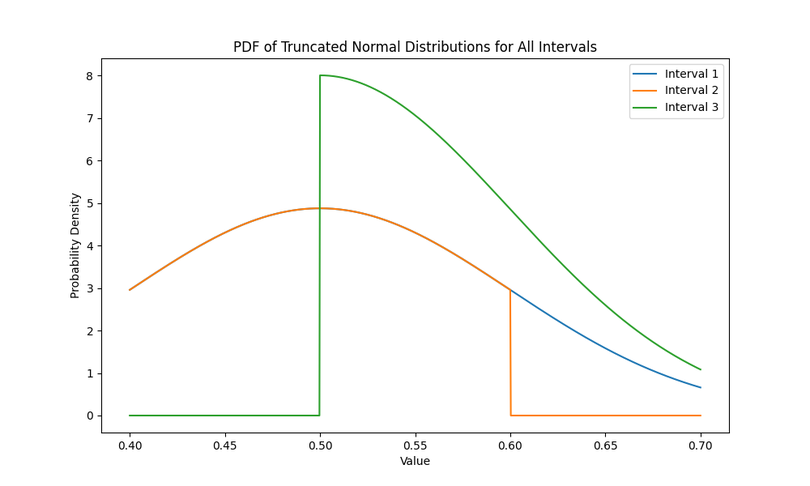
Repository: KrystofM/stealing-part-lm-supplementary-plaid
Script's output: python optimize_logit_queries/askers/some_one_over_n copy.py
These files come from the project's save history. The script's output is drawn as it stood at one moment and after the next save; the edit follows.
The pictures are shown at 81% of full size.
Each picture stacks the figures in order, with grey between them; figures that are only written to a file come last. Random numbers start from a fixed seed.

Above is the script's output before, as saved 2024-06-20 15:35:59.

After the next save:
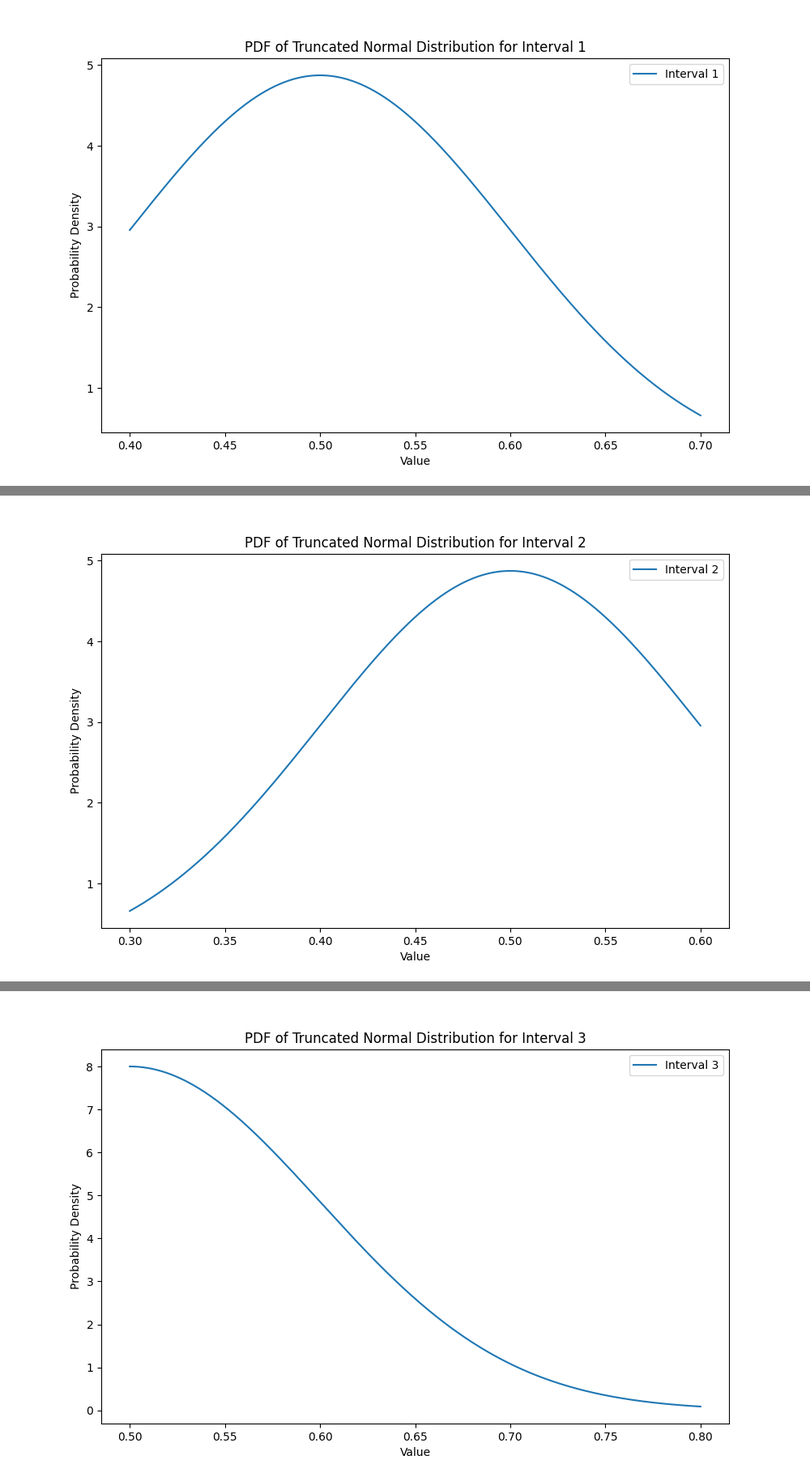
Saved 1 s later.
--- a/optimize_logit_queries/askers/some_one_over_n copy.py
+++ b/optimize_logit_queries/askers/some_one_over_n copy.py
@@ -119,15 +119,15 @@ print(max_probabilities)
 
 
 
-# plot the pdf of the truncated normal distribution for all intervals
+# plot the pdf of the truncated normal distribution for each interval in separate plots
 import matplotlib.pyplot as plt
-plt.figure(figsize=(10, 6))
-x = np.linspace(low[0], high[0], 1000)
 for i in range(n):
+    plt.figure(figsize=(10, 6))
+    x = np.linspace(low[i], high[i], 1000)
     dist = truncnorm((low[i] - mu) / sigma, (high[i] - mu) / sigma, loc=mu, scale=sigma)
     plt.plot(x, dist.pdf(x), label=f'Interval {i+1}')
-plt.xlabel('Value')
-plt.ylabel('Probability Density')
-plt.title('PDF of Truncated Normal Distributions for All Intervals')
-plt.legend()
-plt.show()
+    plt.xlabel('Value')
+    plt.ylabel('Probability Density')
+    plt.title(f'PDF of Truncated Normal Distribution for Interval {i+1}')
+    plt.legend()
+    plt.show()
